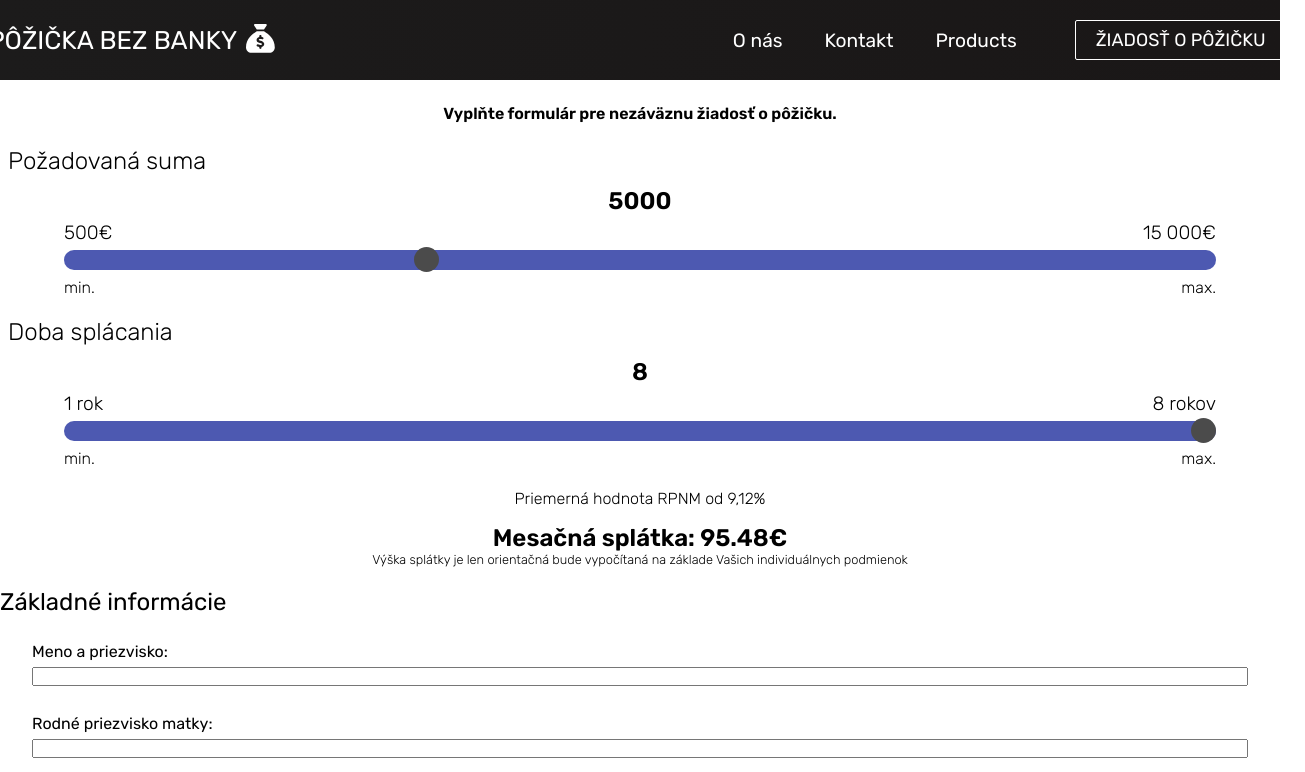
Repository: steve-lgtm/React-website-pozickabezbanky
Page: /ziadost
The author's editor kept a copy of each file at every save. The page is drawn from the files as they stood at one save, then again after the next save.
The browser window is 1280 px wide. The page is 1305 px wide, so the pictures cover 1305 px, including what lies to the right of the window. The pictures show the whole page.
Some web libraries are served in a nearby version. The project was rebuilt for these pictures with package versions that can differ from the ones it lists, and the page was loaded fresh each time. Also part of the build but not shown: src/components/pages/Home.js, src/components/pages/Kontakt.js, src/components/pages/Products.js.

Above is the page before, as saved 2022-07-10 15:38:47.

### src/App.js
import React from 'react';
import Navbar from './components/Navbar';
import './App.css';
import Home from './components/pages/Home.js';
import { BrowserRouter as Router, Routes, Route } from 'react-router-dom';
import Kontakt from './components/pages/Kontakt';
import Products from './components/pages/Products';
import Ziadost from './components/pages/Ziadost';
import { library } from '@fortawesome/fontawesome-svg-core'
import { fas } from '@fortawesome/free-solid-svg-icons'


library.add(fas)


function App() {
  return (
      <Router>
        <Navbar />
        <Routes>
          <Route path='/' exact element={<Home />} />
          <Route path='/kontakt' element={<Kontakt/>} />
          <Route path='/products' element={<Products/>} />
          <Route path='/ziadost' element={<Ziadost/>} />
        </Routes>
      </Router>
  );
}

export default App;

### src/components/Navbar.js
import React, { useState, useEffect } from 'react';
import { Button } from './Button';
import { Link } from 'react-router-dom';
import './Navbar.css';
import { FontAwesomeIcon } from '@fortawesome/react-fontawesome';

function Navbar() {
  const [click, setClick] = useState(false);
  const [button, setButton] = useState(true);

  const handleClick = () => setClick(!click);
  const closeMobileMenu = () => setClick(false);

  const showButton = () => {
    if (window.innerWidth <= 1040) {
      setButton(false);
    } else {
      setButton(true);
    }
  };

  useEffect(() => {
    showButton();
  }, []);

  window.addEventListener('resize', showButton);

  return (
    <>
      <nav className='navbar'>
        <div className='navbar-container'>
          <Link to='/' className='navbar-logo' onClick={closeMobileMenu}>
            PÔŽIČKA BEZ BANKY
           {/* <FontAwesomeIcon icon="fa-solid fa-money-bill-1-wave" className='nav-icon'/> */}
           <FontAwesomeIcon icon="fa-solid fa-sack-dollar" className='nav-icon' />
          </Link>
          <div className='menu-icon' onClick={handleClick}>
            <i className={click ? 'fas fa-times' : 'fas fa-bars'} />
          </div>
          <ul className={click ? 'nav-menu active' : 'nav-menu'}>
            <li className='nav-item'>
              <Link to='/' className='nav-links' onClick={closeMobileMenu}>
                O nás
              </Link>
            </li>
            <li className='nav-item'>
              <Link
                to='/kontakt'
                className='nav-links'
                onClick={closeMobileMenu}
              >
                Kontakt
              </Link>
            </li>
            <li className='nav-item'>
              <Link
                to='/products'
                className='nav-links'
                onClick={closeMobileMenu}
              >
                Products
              </Link>
            </li>

            <li>
              <Link
                to='/ziadost'
                className='nav-links-mobile'
                onClick={closeMobileMenu}
              >
                ŽIADOSŤ O PÔŽIČKU
              </Link>
            </li>
          </ul>
          {button && <Button buttonStyle='btn--outline'>ŽIADOSŤ O PÔŽIČKU</Button>}
        </div>
      </nav>
    </>
  );
}

export default Navbar;

### src/App.css
@import url('https://fonts.googleapis.com/css2?family=Rubik:wght@300;400;600&display=swap');
* {
  box-sizing: border-box;
  margin: 0;
  padding: 0;
  font-family: 'Rubik', sans-serif;



}

.home,
.services,
.products,
.sign-up {
  display: flex;
  height: 89vh;
  align-items: center;
  justify-content: center;
  font-size: 3rem;
}

.services {
  background-color: blue;
  background-size: cover;
  background-repeat: no-repeat;
  color: rgb(0, 0, 0);
  font-size: 20px;
}

.products {
  background-color: blue;
  background-position: center;
  background-size: cover;
  background-repeat: no-repeat;
  color: #fff;
  font-size: 100 rem;
}

.sign-up {
  background-position: center;
  background-size: cover;
  background-repeat: no-repeat;
  color: rgb(0, 0, 0);
  font-size: 100px;
}
.home {
  background-position: center;
  background-size: cover;
  background-repeat: no-repeat;
  color: rgb(0, 0, 0);
  font-size: 100px;
}

### src/components/pages/Ziadost.js
import React from 'react';
import '../../App.css';
import './Ziadost.css'
import { useState } from 'react';
import { useFormik} from 'formik'

function PMT(ir, np, pv, fv, type) {

  //  * ir   - interest rate per month
  //  * np   - number of periods (months)
   // * pv   - present value
   // * fv   - future value
  //  * type - when the payments are due:
 //   *        0: end of the period, e.g. end of month (default)
  //  *        1: beginning of period

   var pmt, pvif;

   fv || (fv = 0);
   type || (type = 0);

   if (ir === 0)
       return -(pv + fv)/np;

   pvif = Math.pow(1 + ir, np);
   pmt = - ir * pv * (pvif + fv) / (pvif - 1);

   if (type === 1)
       pmt /= (1 + ir);


   return pmt;}

export default function Ziadost() {
  const [mounthAmount, setMounthAmount] = useState(95.48);
  const formik =  useFormik({
    initialValues: {
      amount: 5000,
      period: 8
    }
  });

 const changeAmount = (e) => {
  let urk_sdz = 0.1834;
  if(e.target.name==='amount'){
    let urk_sdz = 0.1834;
    if ( formik.values.period===1) urk_sdz = 0.3910;
    if ( formik.values.period>1 && formik.values.period<6 ) urk_sdz = 0.2098; //0.22;
    if ( formik.values.period>5 && formik.values.period<9 ) urk_sdz = 0.1834;
    let finalAmount = Math.round(PMT(Math.pow((1+urk_sdz),1/12)-1,(formik.values.period*12),-1*e.target.value)*100) /100;
  setMounthAmount(finalAmount)}

  if(e.target.name==='period'){
    if ( e.target.value===1) urk_sdz = 0.3910;
    if ( e.target.value>1 && e.target.value<6 ) urk_sdz = 0.2098; //0.22;
    if ( e.target.value>5 && e.target.value<9 ) urk_sdz = 0.1834;
    let finalAmount = Math.round(PMT(Math.pow((1+urk_sdz),1/12)-1,(e.target.value*12),-1*formik.values.amount)*100) /100;
    setMounthAmount(finalAmount)}
  };
  return (
    <>
      <h1 className='header-form'>
          Vyplňte formulár pre nezáväznu žiadosť o pôžičku.
        </h1>
      <form>
      <div className='container-form'>
        <div className='section-name'>Požadovaná suma</div>
            <h2>{formik.values.amount}</h2>
            <div className="containerslider">
                <div className="pullleft" style={{fontSize:"1.2rem"}}>
                    500€
                </div>
                <div className="pullright" style={{fontSize:"1.2rem"}}>
                    15 000€
                </div>
            <input type="range" name="amount" step="100" min="500" max="15000" onChange={(e) =>{formik.handleChange(e); changeAmount(e)}} value={formik.values.amount} className="slider" id="suma"/>
            <div className="pullleft" style={{fontSize: "1rem"}}>
                min.
            </div>
            <div className="pullright" style={{fontSize: "1rem"}}>
                max.
            </div>
            </div>

       <div className='section-name'>Doba splácania</div>
       <h2>{formik.values.period}</h2>
            <div className="containerslider">
                <div className="pullleft" style={{fontSize:"1.2rem"}}>
                    1 rok
                </div>
                <div className="pullright" style={{fontSize:"1.2rem"}}>
                    8 rokov
                </div>
            <input type="range" name="period" step="1" min="1" max="8" onChange={(e) => {formik.handleChange(e); changeAmount(e)}} value={formik.values.period} className="slider" id="doba"/>
            <div className="pullleft" style={{fontSize: "1rem"}}>
                min.
            </div>
            <div className="pullright" style={{fontSize: "1rem"}}>
                max.
            </div>
            </div>
            <div className="info">
        Priemerná hodnota RPNM od 9,12%
        </div>
        <h2> Mesačná splátka: {mounthAmount}€</h2>
        <div className="info2">
            Výška splátky je len orientačná bude vypočítaná na základe Vašich individuálnych podmienok
        </div>
            </div>
            <div className='section-name'>Základné informácie</div>
          <div className='personal-data'>
            <div className='personal-data-field'>
          <label for="nameElm">Meno a priezvisko:</label>
      <input type="text" name="Meno" id="nameid" size="15" maxlength="50" oninvalid="alert('Vyplňte meno!');"/>
      </div>
      <div className='personal-data-field'>
      <label for="nameElm">Rodné priezvisko matky:</label>
      <input type="text" name="Meno" id="nameid" size="15" maxlength="50" oninvalid="alert('Vyplňte meno!');"/>
            </div>
            </div>
      </form>

    </>
  );
}

### src/components/Button.js
// import React from 'react';
// import './Button.css';
// import { Link } from 'react-router-dom';

// export function Button() {
//   return (
//     <Link to='sign-up'>
//       <button className='btn'>Sign Up</button>
//     </Link>
//   );
// }

import React from 'react';
import './Button.css';
import { Link } from 'react-router-dom';

const STYLES = ['btn--primary', 'btn--outline', 'btn--test'];

const SIZES = ['btn--medium', 'btn--large'];

export const Button = ({
  children,
  type,
  onClick,
  buttonStyle,
  buttonSize
}) => {
  const checkButtonStyle = STYLES.includes(buttonStyle)
    ? buttonStyle
    : STYLES[0];

  const checkButtonSize = SIZES.includes(buttonSize) ? buttonSize : SIZES[0];

  return (
    <Link to='/ziadost' className='btn-mobile'>
      <button
        className={`btn ${checkButtonStyle} ${checkButtonSize}`}
        onClick={onClick}
        type={type}
      >
        {children}
      </button>
    </Link>
  );
};

### src/components/Navbar.css
.navbar {
    background: linear-gradient(90deg, rgb(28, 27, 27) 0%, rgb(26, 23, 23) 100%);
    height: 80px;
    display: flex;
    justify-content: center;
    align-items: center;
    font-size: 1.2rem;
    position: sticky;
    top: 0;
    z-index: 999;
    font-weight: 400;
    white-space: nowrap;
  }

  .navbar-container {
    display: flex;
    justify-content: center;
    align-items: center;
    height: 80px;
    max-width: 1500px;
  }

  .navbar-logo {
    color: #fff;
    justify-self: start;
    margin-left: 0.5em;
    cursor: pointer;
    text-decoration: none;
    font-size: 1.6rem;
    display: flex;
    align-items: center;

  }

  .nav-icon {
    margin-left: 0.3em;
    margin-bottom: 0.1em;
    font-size: 1.8rem;
  }

  .nav-menu {
    display: grid;
    grid-template-columns: repeat(4, auto);
    grid-gap: 10px;
    list-style: none;
    text-align: center;
    width: 60vw;
    justify-content: end;
    margin-right: 2rem;
  }

  .nav-item {
    height: 3.5em;
  }

  .nav-links {
    color: #fff;
    display: flex;
    align-items: center;
    text-decoration: none;
    padding: 0.5rem 1rem;
    height: 100%;
  }

  .nav-links:hover {
    border-bottom: 4px solid #fff;
    transition: all 0.2s ease-out;
  }

  .fa-bars {
    color: rgb(255, 255, 255);
  }

  .nav-links-mobile {
    display: none;
  }

  .menu-icon {
    display: none;
  }

  @media screen and (max-width: 1040px) {
    .NavbarItems {
      position: relative;
    }

    .nav-menu {
      display: flex;
      flex-direction: column;
      justify-content: flex-start;
      width: 100%;
      height: 100vh;
      position: absolute;
      top: 80px;
      left: -100%;
      opacity: 1;
      transition: all 0.5s ease;
    }

    .nav-menu.active {
      background: #242222;
      left: 0;
      opacity: 1;
      transition: all 0.5s ease;
      z-index: 1;
    }

    .nav-links {
      font-size: 1.5rem;
      text-align: center;
      padding: 2rem;
      width: 100%;
      display: table;
    }

    .nav-links:hover {
      background-color: #fff;
      color: #242424;
      border-radius: 0;
    }

    .navbar-logo {
      float: left;}

    .navbar {
      justify-content: flex-start;
    }
    .navbar-container {
      float: left;
    }
    .menu-icon {
      display: block;
      position: absolute;
      top: 0;
      right: 0;
      transform: translate(-100%, 60%);
      font-size: 1.8rem;
      cursor: pointer;
    }

    .fa-times {
      color: #fff;
      font-size: 2rem;
    }

    .nav-links-mobile {
      display: block;
      text-align: center;
      margin: 2rem auto;
      border-radius: 4px;
      width: 80%;
      text-decoration: none;
      font-size: 1.5rem;
      background-color: transparent;
      color: #fff;
      padding: 14px 20px;
      border: 1px solid #fff;
      transition: all 0.3s ease-out;
    }

    .nav-links-mobile:hover {
      background: #fff;
      color: #242424;
      transition: 250ms;
    }
  }

### src/components/pages/Ziadost.css

.container-form {
margin: 0.5em;
display: flex;
flex-direction: column;
align-items: center;
font-weight: 300;
}
.pullleft{
    margin-top:0.3em;
    margin-bottom: 0.3em;
    float: left;

}
.pullright{
    margin-top:0.3em;
    margin-bottom: 0.3em;
    float: right;
}

.containerslider {
    width: 90vw;
    margin-bottom: 1em;
}
.header-form {
    text-align: center;
    font-size: 1rem;
    padding: 1em;
    padding-top: 1.5em;
}
.info{
    font-size: 1rem;
    color:black;
    text-align: center;
    margin-bottom: 1em;
}
.info2{
    font-size: 0.8rem;
    color:black;
    text-align: center;
    margin-bottom: 1em;
}
.slider {
    -webkit-appearance: none;
    width: 100%;
    height: 20px;
    background: #021391;
    outline: none;
    opacity: 0.7;
    -webkit-transition: .2s;
    transition: opacity .2s;
    border-radius: 1em;

  }
.section-name {
    align-self: flex-start;
    font-size: 1.5em;
    margin-bottom: 0.5em;
}

  .slider::-webkit-slider-thumb {
    -webkit-appearance: none;
    appearance: none;
    width: 25px;
    height: 25px;
    background: #000000;
    cursor: pointer;
    border-radius: 40px;
  }

  .slider::-moz-range-thumb {
    width: 25px;
    height: 25px;
    background: #000000;
    cursor: pointer;
  }
.arrow{
    width: 70px;
    margin-bottom: -1em;
}

.personal-data{
    display: flex;
    flex-direction: column;
    justify-content:space-around;
    height: 20vh;

}
.personal-data-field{
    display: flex;
    flex-direction: column;
    justify-content:space-around;
    height: 7vh;
    margin: 0 2em;
}

### src/components/Button.css
:root {
  --primary: #fff;
}

.btn {
  padding: 8px 20px;
  border-radius: 2px;
  outline: none;
  border: none;
  cursor: pointer;
}

.btn--primary {
  background-color: var(--primary);
  color: #242424;
  border: 1px solid var(--primary);
}

.btn--outline {
  background-color: transparent;
  color: #fff;
  padding: 8px 20px;
  border: 1px solid var(--primary);
  transition: all 0.3s ease-out;
}

.btn--medium {
  margin-right: 1em;
  padding: 8px 20px;
  font-size: 18px;
}

.btn--large {
  padding: 12px 26px;
  font-size: 20px;
}

.btn--large:hover,
.btn--medium:hover {
  transition: all 0.3s ease-out;
  background: #fff;
  color: #242424;
  transition: 250ms;
}

Loaded but not shown: public/index.html (common file); src/index.js (common file); src/index.css (common file)

After the next save:
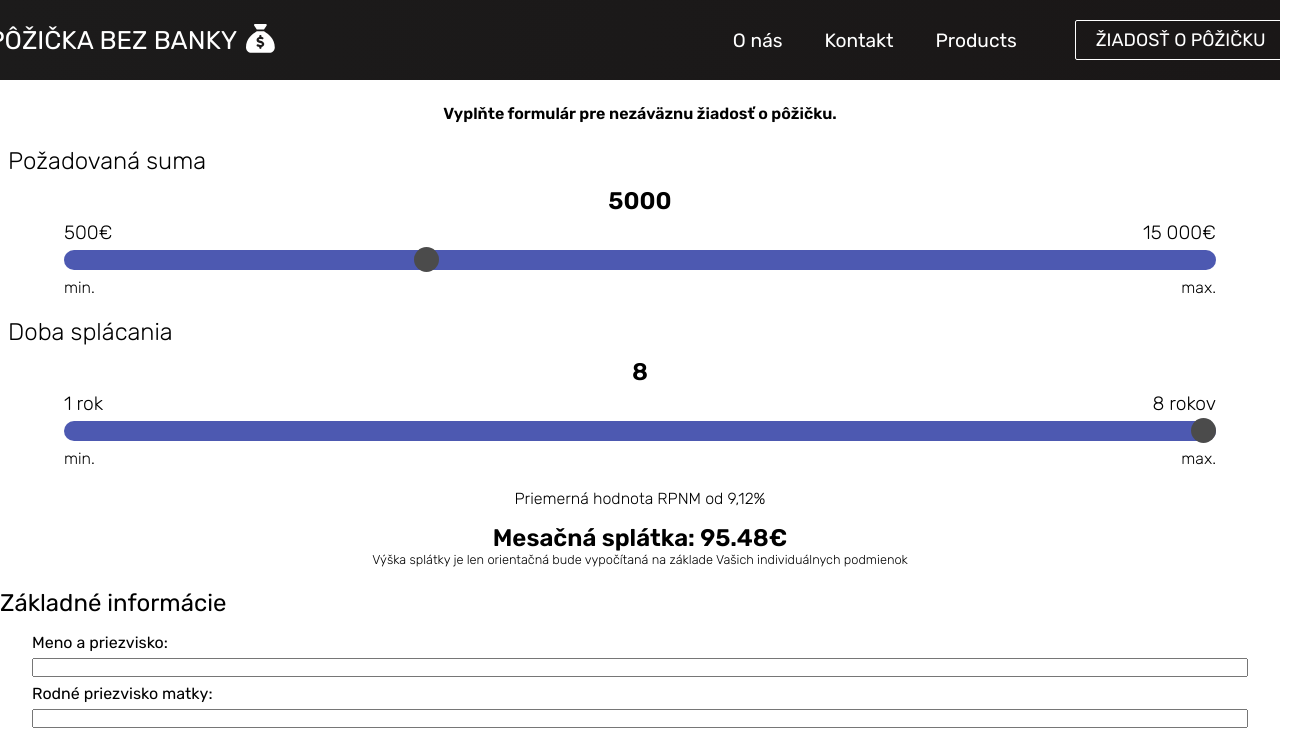
Saved 14 s later.
--- a/src/components/pages/Ziadost.js
+++ b/src/components/pages/Ziadost.js
@@ -107,8 +107,8 @@ export default function Ziadost() {
             Výška splátky je len orientačná bude vypočítaná na základe Vašich individuálnych podmienok
         </div>
             </div>
-            <div className='section-name'>Základné informácie</div>
           <div className='personal-data'>
+          <div className='section-name'>Základné informácie</div>
             <div className='personal-data-field'>
           <label for="nameElm">Meno a priezvisko:</label>
       <input type="text" name="Meno" id="nameid" size="15" maxlength="50" oninvalid="alert('Vyplňte meno!');"/>
